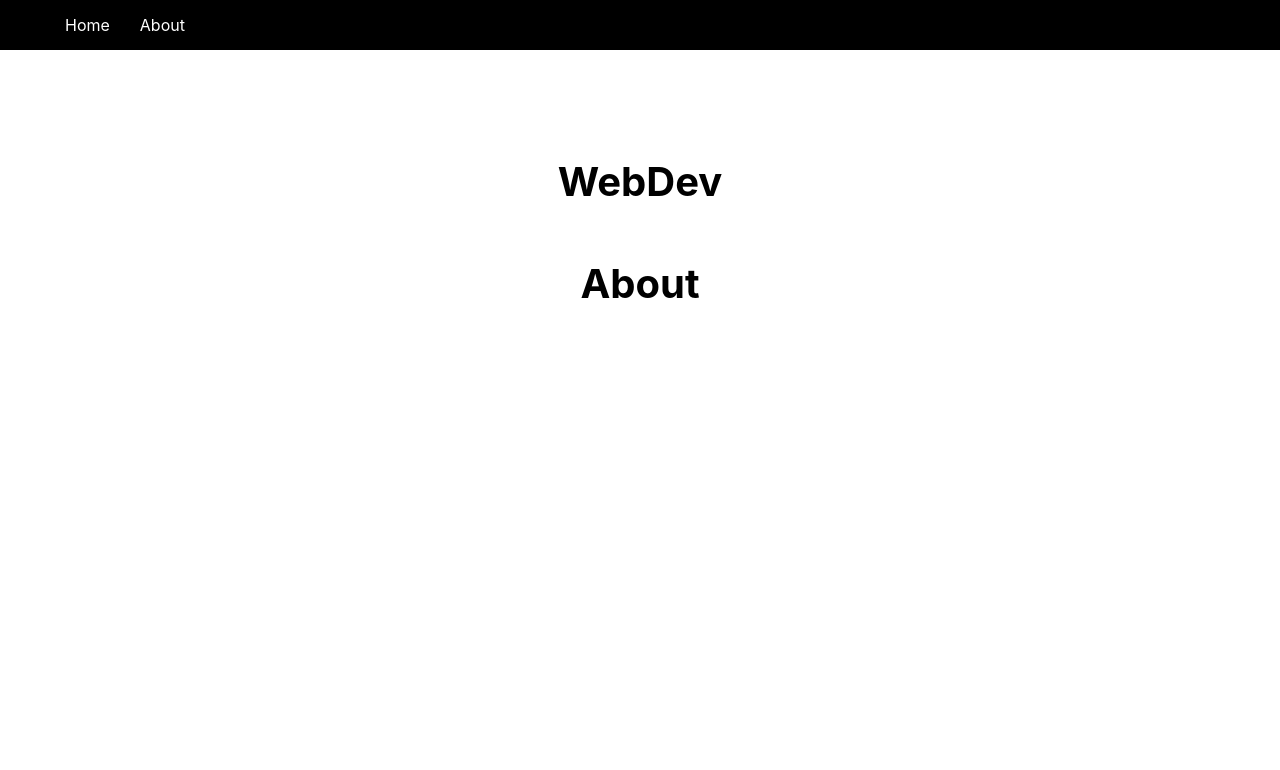
Repository: jasmina94/first-next-app
Page: /about
The author's editor kept a copy of each file at every save. The page is drawn from the files as they stood at one save, then again after the next save.
The browser window is 1280 px wide. The pictures show the whole page.
The project was rebuilt for these pictures with package versions that can differ from the ones it lists, and the page was loaded fresh each time. Some packages were replaced by stand-ins written for this rebuild. The framework's server and built-in components were replaced by stand-ins that run in the browser. Also part of the build but not shown: next.config.js, styles/Header.module.css.

Above is the page before, as saved 2021-07-23 16:31:28.

After the next save:
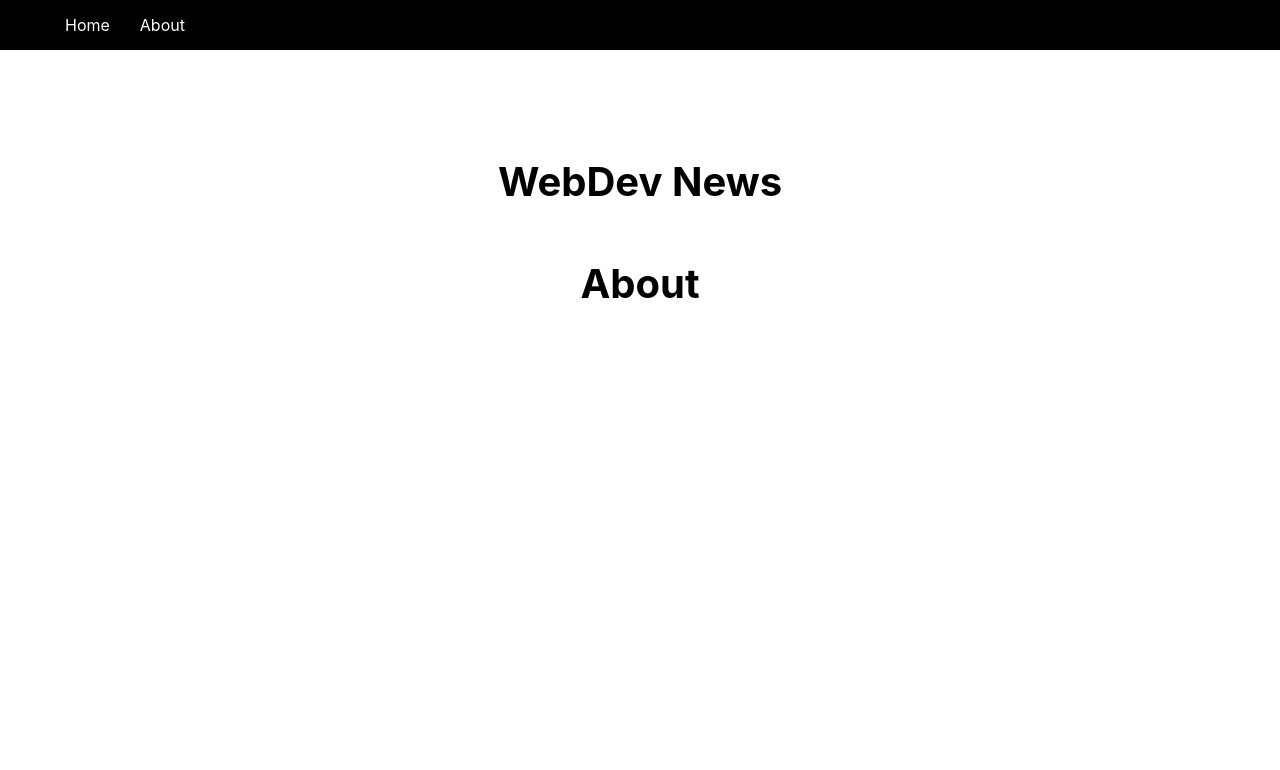
Saved 13 s later.
--- a/components/Header.js
+++ b/components/Header.js
@@ -4,7 +4,7 @@
     return(
         <div>
             <h1>
-                <span>WebDev</span>
+                <span>WebDev</span> News
             </h1>
             <style jsx>
                 {`
